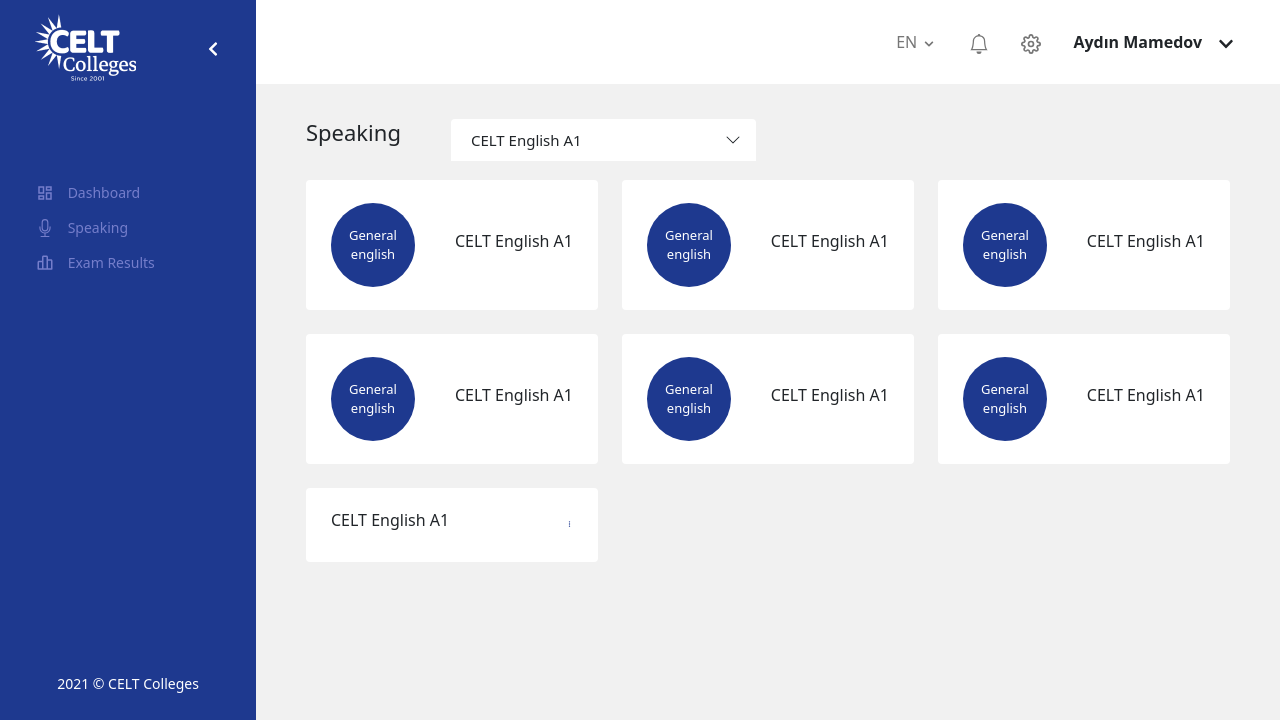
Repository: aydinws/celtapp
Page: /speaking
The author's editor kept a copy of each file at every save. The page is drawn from the files as they stood at one save, then again after the next save.
The browser window is 1280 px wide. The pictures show the whole page.
The project was rebuilt for these pictures with package versions that can differ from the ones it lists, and the page was loaded fresh each time. Also part of the build but not shown: src/pages/Dashboard/index.js, src/pages/ExamResults/index.scss, src/components/Table/index.scss, src/components/Pagination/index.scss, src/components/Pagination/index.js, src/components/Table/index.js, src/pages/ExamResults/index.js.

Above is the page before, as saved 2021-06-10 10:03:52.

### src/App.js
import React from 'react';

// files
import './assets/css/app.scss';

// pages
import Dashboard from './pages/Dashboard';
import ExamResults from './pages/ExamResults';
import Speakings from './pages/Speakings';

// npm modules
import 'bootstrap/dist/css/bootstrap.css';
import { BrowserRouter as Router, Switch, Route } from "react-router-dom";


function App() {
  return (
    <Router>
      <Switch>
        <Route path="/" exact component={Dashboard} />
        <Route path="/speaking" exact component={Speakings} />
        <Route path="/examresults" exact component={ExamResults} />
      </Switch>
    </Router>
  );
}

export default App;

### src/assets/css/app.scss
@import 'code';

* {
    list-style: none !important;
    text-decoration: none !important;
    outline: none !important;
}

body {
    height: 100%;
    background-color: $bgColor !important;
}

.app {
    height: 100%;
    display: flex;

    .content {
        height: 100vh;
        flex: 1;
    }
}

.section {
    margin: 35px 50px;

    @media screen and (max-width:481px) {
        margin: 35px 20px;
    }

    .content-body-head {

        h3 {
            font-size: 22px;
            margin: 0 0 35px;
        }

        .search-input {
            width: 278px;
            height: 42px;
            border-radius: 4px;
            overflow: hidden;
            float: right;

            @media screen and (max-width:768px) {
                margin: 0 0 20px;
                width: 100%;
            }

            input {
                width: 236px;
                height: 42px;
                padding: 0 0 0 20px;
                border: 1px solid #FFFFFF;
                background-color: #FFFFFF;
                font-size: 15px;

                @media screen and (max-width:768px) {
                    width: calc(100% - 42px);
                }
            }

            input::placeholder {
                font-weight: 500;
            }

            svg {
                fill: $grayColor;
                padding: 12px;
                width: 42px;
                height: 42px;
                background-color: #FFFFFF;
                margin: 0 0 4px;
            }
        }
    }
}

.orange { fill: $orangeColor; color: $orangeColor !important; }
.red { fill: $redColor; color: $redColor !important; }
.green { fill: $greenColor; color: $greenColor !important; }
.c-pointer { cursor: pointer; }

### src/pages/Speakings/index.js
import React, { useState } from 'react';
import './index.scss';

// components
import Sidebar from '../../components/SideBar';
import TopBar from '../../components/TopBar';
import SelectOption from '../../components/SelectOption';

//icons
import { BsThreeDotsVertical } from "react-icons/bs";

function Speaking() {

    const [visible, setVisible] = useState(true);

    const openCloseMenu = () => {
        setVisible(!visible);
    }

    return (
        <div className="app">
            {visible && <Sidebar openCloseMenu={openCloseMenu} />}

            <div className="content">
                <TopBar openCloseMenu={openCloseMenu} />

                <div className="section">
                    <div className="content-body-head">
                        <div className="row">
                            <div className="col-12 col-md-6 d-flex">
                                <h3>Speaking</h3>
                                <SelectOption />
                            </div>
                        </div>
                    </div>
                    <div className="content-body">
                        <div className="row">
                            <div className="col-12 col-md-6 col-lg-4 mb-4">
                                <div className="card card--speaking">
                                    <div className="card-circle">
                                        <p>General english</p>
                                    </div>
                                    <h6>CELT English A1</h6>
                                </div>
                            </div>
                            <div className="col-12 col-md-6 col-lg-4 mb-4">
                                <div className="card card--speaking">
                                    <div className="card-circle">
                                        <p>General english</p>
                                    </div>
                                    <h6>CELT English A1</h6>
                                </div>
                            </div>
                            <div className="col-12 col-md-6 col-lg-4 mb-4">
                                <div className="card card--speaking">
                                    <div className="card-circle">
                                        <p>General english</p>
                                    </div>
                                    <h6>CELT English A1</h6>
                                </div>
                            </div>
                            <div className="col-12 col-md-6 col-lg-4 mb-4">
                                <div className="card card--speaking">
                                    <div className="card-circle">
                                        <p>General english</p>
                                    </div>
                                    <h6>CELT English A1</h6>
                                </div>
                            </div>
                            <div className="col-12 col-md-6 col-lg-4 mb-4">
                                <div className="card card--speaking">
                                    <div className="card-circle">
                                        <p>General english</p>
                                    </div>
                                    <h6>CELT English A1</h6>
                                </div>
                            </div>
                            <div className="col-12 col-md-6 col-lg-4 mb-4">
                                <div className="card card--speaking">
                                    <div className="card-circle">
                                        <p>General english</p>
                                    </div>
                                    <h6>CELT English A1</h6>
                                </div>
                            </div>
                            <div className="col-12 col-md-6 col-lg-4 mb-4">
                                <div className="card card--speaking">
                                    <h6>CELT English A1</h6>
                                    <BsThreeDotsVertical />
                                </div>
                            </div>
                        </div>
                    </div>
                </div>
            </div>
        </div>
    );
}

export default Speaking;

### src/assets/css/code.scss
$bgColor: #F1F1F1;
$mainBlue: #1E398F;
$blueTextColor: #757ECB;
$orangeColor: #EE7100;
$redColor: #C10000;
$greenColor: #009F3F;
$grayColor: #767676;

### src/pages/Dashboard/index.scss
@import '../../assets/css/code.scss';
@import '../../assets/css/custom.scss';

.anime-h {
    height: 66px;
}

.content-body {
    .card {
        border-radius: 4px;
        padding: 23px 25px;
        overflow: hidden;

        &--dashboard {
            width: 100%;
            height: 100%;
            position: relative;
        }

        .card-header {
            border-bottom: 0.5px solid #DEDEDE;
            background-color: #FFFFFF;
            padding: 0;
            display: flex;
            justify-content: space-between;

            svg {
                fill: $orangeColor;
                width: 22px;
                height: 22px;
            }

            h4 {
                font-size: 18px;
                margin: 0 0 20px;
                padding: 0;
                cursor: pointer;
            }
        }

        ul {
            padding: 0;
        }

        ul li {
            margin-top: 25px;
        }

        ul li h4 {
            font-size: 15px;
            text-transform: uppercase;
            padding: 0;
        }

        ul li p {
            font-size: 12px;
            color: #878787;
        }

        label {
            display: flex;
            align-items: center;
            position: relative;
            cursor: pointer;
        }

        label {
            div {
                font-size: 15px;
                text-transform: uppercase;
                padding: 0;
                margin: 0 30px;
                font-weight: 500;
            }
        }

        a {
            color: $mainBlue;
            text-decoration: none;
            font-size: 13px;
            position: absolute;
            right: 0;
            bottom: 0;
            margin: 25px;
            font-weight: bold;
        }

        svg {
            fill: $mainBlue;
            width: 7px;
            padding: 0 0 2px;
        }
    }
}

### src/components/SideBar/index.js
import React from 'react';
import './index.scss';

// npm modules
import { Link } from "react-router-dom";

// icons
import { FaChevronLeft } from "react-icons/fa";
import { BsMic } from "react-icons/bs";
import { RiDashboardLine } from "react-icons/ri";
import { BiBarChartAlt2 } from "react-icons/bi";

// images
import Logo from '../../assets/images/logo.png';

function Sidebar({ openCloseMenu }) {
    return (
        <div className="side-bar">
            <div className="side-bar-content">
                <div className="side-bar-content-header">
                    <img src={Logo} alt="Logo" />
                    <FaChevronLeft onClick={openCloseMenu} />
                </div>
                <div className="side-bar-content-body">
                    <ul>
                        <li>
                            <Link to="/"><RiDashboardLine /> Dashboard</Link>
                        </li>
                        <li>
                            <Link to="/speaking"><BsMic /> Speaking</Link>
                        </li>
                        <li>
                            <Link to="/examresults"><BiBarChartAlt2 /> Exam Results</Link>
                        </li>
                    </ul>
                </div>
                <p>2021 © CELT Colleges</p>
            </div>
        </div>
    );
}

export default Sidebar;

### src/components/TopBar/index.js
import React from 'react';
import './index.scss';

// icons
import { FaChevronDown } from "react-icons/fa";
import { BsBell } from "react-icons/bs";
import { FiSettings } from "react-icons/fi";
import { GoThreeBars } from "react-icons/go";

// images
import Avatar from '../../assets/images/avatar.png';
import Logo from '../../assets/images/logo.png';

function TopBar({ openCloseMenu }) {
    return (
        <div className="top-bar">
            <img src={Logo} alt="Logo" />
            <ul>
                <li>
                    <span>EN <FaChevronDown /></span>
                </li>
                <li>
                    <BsBell />
                </li>
                <li>
                    <FiSettings onClick={openCloseMenu} />
                </li>
                <li>
                    <img src={Avatar} alt="Avatar" />
                    <span>Aydın Mamedov</span>
                    <FaChevronDown />
                </li>
                <li>
                    <GoThreeBars onClick={openCloseMenu} />
                </li>
            </ul>
        </div>
    );
}

export default TopBar;

### src/pages/Speakings/index.scss
@import '../../assets/css/code.scss';
@import '../../assets/css/custom.scss';

.anime-h {
    height: 64px;
}

.content-body {
    .card {
        border-radius: 4px;
        padding: 23px 25px;
        overflow: hidden;

        &--speaking {
            border: 0;
            flex-direction: row;
            justify-content: space-between;
            align-items: center;
            cursor: pointer;

            .card-circle {
                width: 84px;
                height: 84px;
                background-color: $mainBlue;
                color: #FFFFFF;
                border-radius: 50%;
                text-align: center;
                display: flex;
                align-items: center;

                p {
                    font-size: 13px;
                    margin: 0;
                }

                h5 {
                    font-size: 17px;
                    margin: 0;
                }

                svg {
                    width: 20px;
                }
            }
        }
    }
}

### src/components/SelectOption/index.js
import React, { useState } from 'react';
import './index.scss';

// icons
import { BsChevronDown } from "react-icons/bs";

function Select() {
    const [visible,] = useState(false);
    return (
        <div className="select-option">
            <div className="select-option-btn">
                <span>CELT English A1</span>
                <BsChevronDown />
            </div>
            {visible && <div className="select-option-items">
                <ul>
                    <li><a href="/">Exam Results</a></li>
                    <li><a href="/">Exam Dates</a></li>
                </ul>
            </div>}
        </div>
    );
}

export default Select;

### src/assets/css/custom.scss
.custom-checkbox {
    position: absolute;
    opacity: 0;
    height: 0;
    width: 0;
}

.checkmark {
    position: absolute;
    top: 2px;
    left: 0;
    height: 18px;
    width: 18px;
    background-color: #eee;
    cursor: pointer;
    border-radius: 2px;
}

.custom-checkbox:hover input ~ .checkmark {
    background-color: #ccc;
}

.custom-checkbox:checked ~ .checkmark {
    background-color: $mainBlue;
}

.checkmark:after {
    content: "";
    position: absolute;
    display: none;
}

.custom-checkbox:checked ~ .checkmark:after {
    display: block;
}

.checkmark:after {
    left: 7px;
    top: 4px;
    width: 4px;
    height: 8px;
    border: solid white;
    border-width: 0 2px 2px 0;
    -webkit-transform: rotate(45deg);
    -ms-transform: rotate(45deg);
    transform: rotate(45deg);
}

.custom-radio {
    position: absolute;
    opacity: 0;
    height: 0;
    width: 0;
}

.radiomark {
    position: absolute;
    top: 2px;
    left: 0;
    height: 18px;
    width: 18px;
    background-color: #eee;
    cursor: pointer;
    border-radius: 50%;
}

.custom-radio input ~ .radiomark {
    background-color: #ccc;
}

.custom-radio:checked ~ .radiomark {
    background-color: $mainBlue;
}

.radiomark:after {
    content: "";
    position: absolute;
    display: none;
}

.custom-radio:checked ~ .radiomark:after {
    display: block;
}


.radiomark:after {
    top: 6px;
	left: 6px;
	width: 6px;
	height: 6px;
	border-radius: 50%;
	background: white;
}

### src/components/SideBar/index.scss
@import '../../assets/css/code.scss';

.side-bar {
    width: 256px;

    @media screen and (max-width:1024px) {
        position: fixed;
        z-index: 10;
    }

    .side-bar-content {
        width: 256px;
        height: 100%;
        position: fixed;
        z-index: 10;
        background-color: $mainBlue;

        p {
            width: 100%;
            text-align: center;
            position: absolute;
            bottom: 10px;
            color: #FFFFFF;
            font-size: 14px;
        }
    }

    .side-bar-content-header {
        display: flex;
        justify-content: space-between;
        padding: 14px 35px;
        align-items: center;

        svg {
            fill: #FFFFFF;
            cursor: pointer;
        }
    }

    .side-bar-content-body {
        ul {
            padding: 0;
            width: 100%;
            margin-top: 83px;
        }

        li {
            padding: 0 33px;
            margin: 10px 0;
            transition: border-left 200ms;
            border-left: 3px solid transparent;

            svg {
                width: 18px;
                height: 18px;
                fill: $blueTextColor;
                margin-right: 10px;
                margin-bottom: 3.5px;
                transition: fill 400ms;
            }

            a {
                font-size: 14px;
                color: $blueTextColor;
                text-decoration: none;
                transition: color 400ms;
            }

            &:hover {
                border-left: 3px solid #FFFFFF;
            }

            &:hover svg {
                fill: #FFFFFF;
            }

            &:hover a {
                color: #FFFFFF;
            }
        }
    }
}

### src/components/TopBar/index.scss
@import '../../assets/css/code.scss';

.top-bar {
    background-color: #FFFFFF;
    flex: 1;
    height: 84px;
    align-items: center;
    justify-content: space-between;
    z-index: 9;

    img {
        display: none;
    }

    @media screen and (max-width:1024px) {
        display: flex;
        background-color: $mainBlue;
        height: 69px;
        overflow: hidden;

        img {
            width: 69px;
            height: 47px;
            display: block;
            margin: 11px 20px;
        }
    }

    ul {
        display: flex;
        justify-content: flex-end;
        height: 84px;
        align-items: center;
        margin-right: 30px;

        @media screen and (max-width:1024px) {
            margin-right: 15px;
        }

        li {
            cursor: pointer;
            margin: 24px 16px;

            @media screen and (max-width:1024px) {
                margin: 17px 15px 0 0;
            }

            &:nth-child(1) span {
                color: $grayColor;
                @media screen and (max-width:1024px) {
                    color: #FFFFFF;
                }

                svg {
                    height: 10px;
                }
            }

            &:nth-child(2) {
                svg {
                    fill: $grayColor;
                    width: 20px;
                    height: 20px;

                    @media screen and (max-width:1024px) {
                        fill: #FFFFFF;
                    }
                }
            }

            &:nth-child(3) {
                svg {
                    stroke: $grayColor;
                    width: 20px;
                    height: 20px;
                }
            }

            &:nth-child(4) {
                img, span {
                    margin-right: 16px;
                }

                span {
                    font-weight: 600;
                }
            }

            &:nth-child(5) {
                @media screen and (min-width:1024px) {
                    display: none;
                }
                svg {
                    fill: $grayColor;
                    width: 20px;
                    height: 20px;
                    @media screen and (max-width:1024px) {
                        fill: #FFFFFF;
                    }
                }
            }

            @media screen and (max-width:1024px) {
                &:nth-child(3), &:nth-child(4) {
                    display: none;
                }
            }
        }
    }
}

### src/components/SelectOption/index.scss
@import '../../assets/css/code.scss';

.select-option {
    width: 100%;
    min-height: 42px;
    margin: 0 0 0 50px;
    position: relative;
    z-index: 5;

    &:active {
        border: 1px solid #ddd
    }

    .select-option-btn {
        cursor: pointer;
        width: 100%;
        height: 42px;
        background-color: #FFFFFF;
        display: flex;
        justify-content: space-between;
        align-items: center;
        padding: 0 5px 0 20px;
        border-radius: 4px 4px 0 0;
    }

    &:hover {
        background-color: #F9F9F9;
    }

    span {
        font-weight: 500;
        font-size: 15px;
    }

    svg {
        margin-right: 10px;
    }

    .select-option-items {
        z-index: 5;
        position: absolute;
        width: 100%;
        height: auto;
        min-height: 42px;
        left: 0;
        top: 42px;
        background-color: #F9F9F9;
        border-radius: 0 0 4px 4px;

        ul {
            padding: 0;
            margin: 0;

            li {
                a {
                    width: 100%;
                    height: 42px;
                    display: flex;
                    align-items: center;
                    color: $grayColor;
                    padding-left: 20px;
                    border-bottom: 1px solid #F5F5F5;
                }

                &:last-child a {
                    border-bottom: 0;
                }
            }
        }
    }
}

Loaded but not shown: public/index.html (common file); src/index.js (common file)

After the next save:
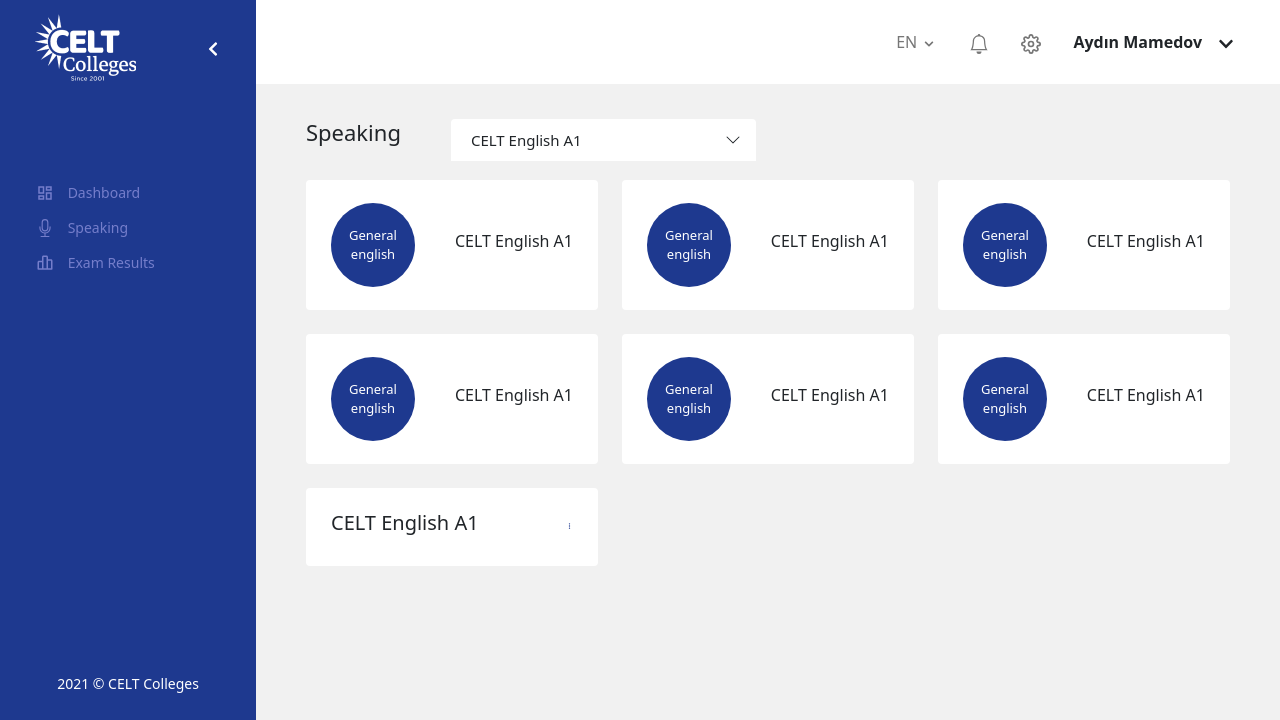
Saved 6 s later.
--- a/src/pages/Speakings/index.js
+++ b/src/pages/Speakings/index.js
@@ -85,7 +85,7 @@
                             </div>
                             <div className="col-12 col-md-6 col-lg-4 mb-4">
                                 <div className="card card--speaking">
-                                    <h6>CELT English A1</h6>
+                                    <h5>CELT English A1</h5>
                                     <BsThreeDotsVertical />
                                 </div>
                             </div>
